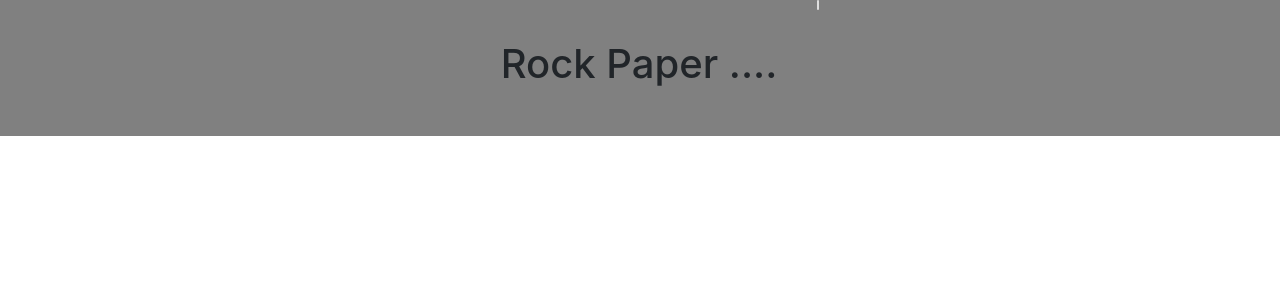
Repository: hossamsulleman1/Colllege-rock-paper-game
Page: outcome.html
These files come from the project's save history. The page is drawn as it stood at one moment and after a run of saves; the edit follows.
The browser window is 1280 px wide. The pictures show the whole page.

Above is the page before, as saved 2020-09-17 00:45:04.

### outcome.html
<!DOCTYPE html>
<html lang="en">
<head>
    <script src="index.js"></script>
    <link rel="stylesheet" href="index.css">

    <meta charset="UTF-8">
    <meta name="viewport" content="width=device-width, initial-scale=1.0">
    <title>Rock Paper...</title>
</head>
<body>
   <div class="wall" style="width: 100%; height: 100%;">
      <h1 style="padding: 40px; text-align: center;">Rock Paper .... </h1>
    <div class="card" style="height:100%;">
        <div id="cardContent">

            <h1>
                <!-- rocky bot chose -->
            </h1>





        </div>


</div>

   </div>


<!-- scripts -->
<!-- CSS only -->
<link rel="stylesheet" href="https://stackpath.bootstrapcdn.com/bootstrap/4.5.2/css/bootstrap.min.css" integrity="sha384-JcKb8q3iqJ61gNV9KGb8thSsNjpSL0n8PARn9HuZOnIxN0hoP+VmmDGMN5t9UJ0Z" crossorigin="anonymous">

<!-- JS, Popper.js, and jQuery -->
<script src="https://code.jquery.com/jquery-3.5.1.slim.min.js" integrity="sha384-DfXdz2htPH0lsSSs5nCTpuj/zy4C+OGpamoFVy38MVBnE+IbbVYUew+OrCXaRkfj" crossorigin="anonymous"></script>
<script src="https://cdn.jsdelivr.net/npm/popper.js@1.16.1/dist/umd/popper.min.js" integrity="sha384-9/reFTGAW83EW2RDu2S0VKaIzap3H66lZH81PoYlFhbGU+6BZp6G7niu735Sk7lN" crossorigin="anonymous"></script>
<script src="https://stackpath.bootstrapcdn.com/bootstrap/4.5.2/js/bootstrap.min.js" integrity="sha384-B4gt1jrGC7Jh4AgTPSdUtOBvfO8shuf57BaghqFfPlYxofvL8/KUEfYiJOMMV+rV" crossorigin="anonymous"></script>

</body>
</html>

### index.js
var randomNumber = null;
var P1Selection = null;
var P2Selection = null;
var compSelection = null;
var compSelectionSVG = null;
var outcome = null;
var score = null;
var total =  null;

const Rock = 1;
const Paper = 2;
const Scissors = 3;



function howToPlay(){
 alert("click either rock paper or ... and confirm your selection once this is completed the second user will be able to place their selection then rumble!");
}



// function compSelectionSvg() {
//     if (compSelection = 1 ) {
//         document.getElementById("mainCard").innerHTML =
//         <div>
//    <h1>Rocky Bot Chose</h1>
//         <svg width="1em" height="1em" viewBox="0 0 16 16" class="bi bi-award-fill" fill="currentColor" xmlns="http://www.w3.org/2000/svg">
//   <path d="M8 0l1.669.864 1.858.282.842 1.68 1.337 1.32L13.4 6l.306 1.854-1.337 1.32-.842 1.68-1.858.282L8 12l-1.669-.864-1.858-.282-.842-1.68-1.337-1.32L2.6 6l-.306-1.854 1.337-1.32.842-1.68L6.331.864 8 0z"/>
//   <path d="M4 11.794V16l4-1 4 1v-4.206l-2.018.306L8 13.126 6.018 12.1 4 11.794z"/>
// </svg>
//         <p>you......</p>
//         <h1 id="Win/Lose"></h1>
//         </div>



//     }

//     if (compSelection = 2 ) {
//         document.getElementById("mainCard").innerHTML =
//         <div>
//     <h1>Rocky Bot Chose</h1>
//         <svg width="1em" height="1em" viewBox="0 0 16 16" class="bi bi-box-seam" fill="currentColor" xmlns="http://www.w3.org/2000/svg">
//   <path fill-rule="evenodd" d="M8.186 1.113a.5.5 0 0 0-.372 0L1.846 3.5l2.404.961L10.404 2l-2.218-.887zm3.564 1.426L5.596 5 8 5.961 14.154 3.5l-2.404-.961zm3.25 1.7l-6.5 2.6v7.922l6.5-2.6V4.24zM7.5 14.762V6.838L1 4.239v7.923l6.5 2.6zM7.443.184a1.5 1.5 0 0 1 1.114 0l7.129 2.852A.5.5 0 0 1 16 3.5v8.662a1 1 0 0 1-.629.928l-7.185 2.874a.5.5 0 0 1-.372 0L.63 13.09a1 1 0 0 1-.63-.928V3.5a.5.5 0 0 1 .314-.464L7.443.184z"/>
// </svg>

//         <p>you......</p>
//         <h1 id="Win/Lose"></h1>
//         </div>

//         ;

//     }
//     if (compSelection = 3 ) {
//         document.getElementById("mainCard").innerHTML =
//         <div>
//         <h1>Rocky Bot Chose</h1>
//         <svg width="1em" height="1em" viewBox="0 0 16 16" class="bi bi-scissors" fill="currentColor" xmlns="http://www.w3.org/2000/svg">
//   <path fill-rule="evenodd" d="M3.5 3.5c-.614-.884-.074-1.962.858-2.5L8 7.226 11.642 1c.932.538 1.472 1.616.858 2.5L8.81 8.61l1.556 2.661a2.5 2.5 0 1 1-.794.637L8 9.73l-1.572 2.177a2.5 2.5 0 1 1-.794-.637L7.19 8.61 3.5 3.5zm2.5 10a1.5 1.5 0 1 1-3 0 1.5 1.5 0 0 1 3 0zm7 0a1.5 1.5 0 1 1-3 0 1.5 1.5 0 0 1 3 0z"/>
// </svg>
//         <p>you......</p>
//         <h1 id="Win/Lose"></h1>
//         </div>

//         ;

//     }
//     Calculation()
// document.getElementById("Win/Loss").innerText = outcome;

// }

function goToGame() {
    window.location.replace("game.html");
}


function RockP1() {
    P1Selection = Rock
    console.log(P1Selection)
}

function PaperP1(){
    P1Selection = Paper
    console.log(P1Selection)
}

function  ScissorsP1() {
    P1Selection = Scissors
    console.log(P1Selection)
}


function startGame() {
    itemHierarchy();
    // reset game
    setTimeout(1000)
    console.log("Reseting in 1")
    setTimeout(1000)
    console.log("Reseting in 2")
    setTimeout(1000)
    console.log("Reseting in 3")
    randomNumberGen()

}

function randomNumberGen() {
    randomNumber = Math.ceil(Math.random() * 3);
 compSelection = randomNumber;
 console.log(compSelection + "comp Selection");
 }

function itemHierarchy(){

    if (P1Selection == 1 ) {


    if (P1Selection == 1  && ( compSelection == 1 )) {
  console.log("draw")
  outcome = "draw"
}

if (P1Selection == 1  && ( compSelection == 2 )) {
    console.log("Lose")
    outcome = "Lose"
  }

  if (P1Selection == 1  && ( compSelection == 3 )) {
    console.log("Win")
    outcome = "Win"
  }
  outcomeScreen()
}

// ROCK DONE ^

if (P1Selection == 2) {

  if (P1Selection == 2  && (compSelection == 1 )) {
    console.log("Win")
    outcome = "Win"
  }

  if (P1Selection == 2  && ( compSelection == 2 )) {
    console.log("Draw")
    outcome = "Draw"
  }

  if (P1Selection ==  2  && ( compSelection ==  3)) {
    console.log("Lose")
    outcome = "Lose"
  }
  outcomeScreen()
}
// PAPER DONE ^

if (P1Selection ==  3 ){

  if (P1Selection ==  3  && ( compSelection == 1 )) {
    console.log("Lose")
    outcome = "Lose"
  }

  if (P1Selection == 3  && ( compSelection == 2 )) {
    console.log("Win")
    outcome = "Win"
  }

  if (P1Selection == 3  && ( compSelection == 3)) {
    console.log("draw")
    outcome = "draw"
  }

  outcomeScreen()

}




function outcomeScreen() {
    var ContentCardVar = document.getElementById("contentCard");
    ContentCardVar.innerHTML = null;




}

}

### index.css
.mainCard {
    border-radius: 25px;
    background: white;
    padding: 20px;
    width: 400px;
    height: 400px;
    box-shadow: 0 4px 8px 0 rgba(0,0,0,0.2);
    transition: 0.3s;


}

.wall {
    background-color: grey;
    display: flex;
    justify-content: center;
    height: auto;
    width: auto;
}

After the next 3 saves:
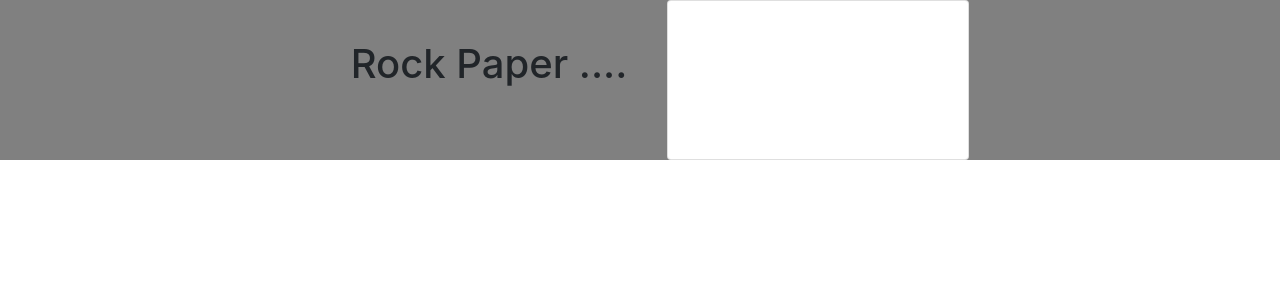
The 3 saves are shown as one change because they came seconds apart.
The last was saved 11 s later.
--- a/outcome.html
+++ b/outcome.html
@@ -18,7 +18,9 @@
                 <!-- rocky bot chose -->
             </h1>
 
+<Svg>
 
+</Svg>
 
 
 
